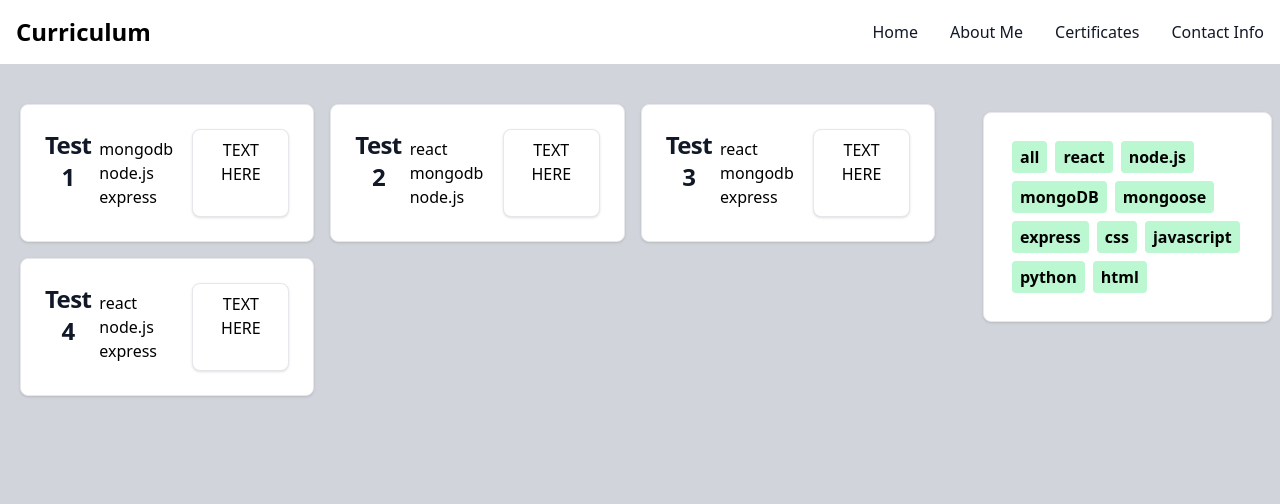
Repository: JetPi/Presentatio-Project
Page: /about/certificates
An editor plug-in stored every save of this project. The page is shown before and after the next save, followed by the edit.
The browser window is 1280 px wide. The pictures show the whole page.
The project was rebuilt for these pictures with package versions that can differ from the ones it lists, and the page was loaded fresh each time. The framework's server and built-in components were replaced by stand-ins that run in the browser. Also part of the build but not shown: next.config.js.

Above is the page before, as saved 2023-04-03 16:36:53.

### src/pages/_app.tsx
import "@/styles/globals.css";
import type { AppProps } from "next/app";
import { NavBar } from "@/components/NavBar";

const navList = [
  { text: "Home", href: "/" },
  { text: "About Me", href: "/about/me" },
  { text: "Certificates", href: "/about/certificates" },
  { text: "Contact Info", href: "/about/socials" },
];

export default function App({ Component, pageProps }: AppProps) {
  return (
    <div className="min-h-screen pb-2 bg-gray-300 h-cover">
      <NavBar navList={navList} />
      <Component {...pageProps} />
    </div>
  );
}

### src/pages/about/certificates.tsx
import { Card, CardTitle, CardButton } from "@/components/Card";
import CertificateList from "@/components/CertificateList";
import Image from "next/image";
import { Url } from "url";

const DUMMY_SKILL_LIST = [
  "react",
  "node.js",
  "mongoDB",
  "mongoose",
  "express",
  "css",
  "javascript",
  "python",
  "html",
];

const url: Url = {
  href: "/about/me",
  auth: null,
  hash: null,
  host: null,
  hostname: null,
  path: null,
  pathname: null,
  protocol: null,
  search: null,
  slashes: null,
  port: null,
  query: null,
};

const DUMMY_TEST = [
  {
    name: "Test 1",
    source: "Source 1",
    description: "TEXT HERE",
    image: "https://picsum.photos/200/300",
    skills: ["mongoDB", "Node.js", "Express"],
    url,
  },
  {
    name: "Test 2",
    source: "Source 2",
    description: "TEXT HERE",
    image: "https://picsum.photos/200/300",
    skills: ["react", "mongoDB", "Node.js"],
    url,
  },
  {
    name: "Test 3",
    description: "TEXT HERE",
    source: "Source 3",
    image: "https://picsum.photos/200/300",
    skills: ["react", "mongoDB", "Express"],
    url,
  },
  {
    name: "Test 4",
    source: "Source 4",
    description: "TEXT HERE",
    image: "https://picsum.photos/200/300",
    skills: ["react", "Node.js", "Express"],
    url,
  },
];

export default function Certificate() {
  return (
    <div>
      <CertificateList itemList={DUMMY_TEST} skillList={DUMMY_SKILL_LIST} />
    </div>
  );
}

### src/styles/globals.css
@tailwind base;
@tailwind components;
@tailwind utilities;

:root {
  --max-width: 1100px;
  --border-radius: 12px;
  --font-mono: ui-monospace, Menlo, Monaco, "Cascadia Mono", "Segoe UI Mono",
    "Roboto Mono", "Oxygen Mono", "Ubuntu Monospace", "Source Code Pro",
    "Fira Mono", "Droid Sans Mono", "Courier New", monospace;

  --foreground-rgb: 0, 0, 0;
  --background-start-rgb: 214, 219, 220;
  --background-end-rgb: 255, 255, 255;

  --primary-glow: conic-gradient(
    from 180deg at 50% 50%,
    #16abff33 0deg,
    #0885ff33 55deg,
    #54d6ff33 120deg,
    #0071ff33 160deg,
    transparent 360deg
  );
  --secondary-glow: radial-gradient(
    rgba(255, 255, 255, 1),
    rgba(255, 255, 255, 0)
  );

  --tile-start-rgb: 239, 245, 249;
  --tile-end-rgb: 228, 232, 233;
  --tile-border: conic-gradient(
    #00000080,
    #00000040,
    #00000030,
    #00000020,
    #00000010,
    #00000010,
    #00000080
  );

  --callout-rgb: 238, 240, 241;
  --callout-border-rgb: 172, 175, 176;
  --card-rgb: 180, 185, 188;
  --card-border-rgb: 131, 134, 135;
}

@media (prefers-color-scheme: dark) {
  :root {
    --foreground-rgb: 255, 255, 255;
    --background-start-rgb: 0, 0, 0;
    --background-end-rgb: 0, 0, 0;

    --primary-glow: radial-gradient(rgba(1, 65, 255, 0.4), rgba(1, 65, 255, 0));
    --secondary-glow: linear-gradient(
      to bottom right,
      rgba(1, 65, 255, 0),
      rgba(1, 65, 255, 0),
      rgba(1, 65, 255, 0.3)
    );

    --tile-start-rgb: 2, 13, 46;
    --tile-end-rgb: 2, 5, 19;
    --tile-border: conic-gradient(
      #ffffff80,
      #ffffff40,
      #ffffff30,
      #ffffff20,
      #ffffff10,
      #ffffff10,
      #ffffff80
    );

    --callout-rgb: 20, 20, 20;
    --callout-border-rgb: 108, 108, 108;
    --card-rgb: 100, 100, 100;
    --card-border-rgb: 200, 200, 200;
  }
}

* {
  box-sizing: border-box;
  padding: 0;
  margin: 0;
}

html,
body {
  max-width: 100vw;
  overflow-x: hidden;
}

body {
  color: rgb(var(--foreground-rgb));
}

a {
  color: inherit;
  text-decoration: none;
}

@media (prefers-color-scheme: dark) {
  html {
    color-scheme: dark;
  }
}

### src/components/NavBar.tsx
import Image from "next/image";
import Link from "next/link";
import { ReactNode } from "react";
type NavData = {
  href: string;
  text: string;
};

interface Props {
  children?: ReactNode | string;
  href?: string;
  navList?: Array<NavData>;
}

function NavItem({ children, href }: Props) {
  return (
    <li>
      <Link
        href={{ pathname: href }}
        className="block py-2 pl-3 pr-4 text-gray-900 rounded hover:bg-gray-100 md:hover:bg-transparent md:border-0 md:hover:text-blue-700 md:p-0 dark:text-white md:dark:hover:text-blue-500 dark:hover:bg-gray-700 dark:hover:text-white md:dark:hover:bg-transparent"
      >
        {children}
      </Link>
    </li>
  );
}

export function NavBar({ navList }: Props) {
  return (
    <nav className="bg-white border-gray-200 dark:bg-gray-900">
      <div className="flex flex-wrap items-center justify-between max-w-screen-xl p-4 mx-auto">
        <span className="self-center text-2xl font-semibold whitespace-nowrap dark:text-white">
          Curriculum
        </span>
        <button
          data-collapse-toggle="navbar-default"
          type="button"
          className="inline-flex items-center p-2 ml-3 text-sm text-gray-500 rounded-lg md:hidden hover:bg-gray-100 focus:outline-none focus:ring-2 focus:ring-gray-200 dark:text-gray-400 dark:hover:bg-gray-700 dark:focus:ring-gray-600"
          aria-controls="navbar-default"
          aria-expanded="false"
        >
          <span className="sr-only">Open main menu</span>
          <svg
            className="w-6 h-6"
            aria-hidden="true"
            fill="currentColor"
            viewBox="0 0 20 20"
            xmlns="http://www.w3.org/2000/svg"
          >
            <path
              fillRule="evenodd"
              d="M3 5a1 1 0 011-1h12a1 1 0 110 2H4a1 1 0 01-1-1zM3 10a1 1 0 011-1h12a1 1 0 110 2H4a1 1 0 01-1-1zM3 15a1 1 0 011-1h12a1 1 0 110 2H4a1 1 0 01-1-1z"
              clipRule="evenodd"
            ></path>
          </svg>
        </button>
        <div className="hidden w-full md:block md:w-auto" id="navbar-default">
          <ul className="flex flex-col p-4 mt-4 font-medium border border-gray-100 rounded-lg md:p-0 bg-gray-50 md:flex-row md:space-x-8 md:mt-0 md:border-0 md:bg-white dark:bg-gray-800 md:dark:bg-gray-900 dark:border-gray-700">
            {navList?.map((item) => {
              return (
                <NavItem href={item.href} key={Math.random()}>
                  {item.text}
                </NavItem>
              );
            })}
          </ul>
        </div>
      </div>
    </nav>
  );
}

### src/components/CertificateList.tsx
import React, { MouseEventHandler, useEffect, useState } from "react";
import { Url } from "url";
import { Card, CardButton, CardTitle } from "./Card";
import Image from "next/image";

interface Props {
  itemList: Array<{
    name: string;
    image: string;
    description: string;
    skills: Array<string>;
    url: Url;
  }>;
  skillList: Array<string>;
}

interface buttonProps {
  skill: string;
  onClickHandler: MouseEventHandler;
}

function CertificateButton({ skill, onClickHandler }: buttonProps) {
  return (
    <button
      className="px-2 py-1 m-1 font-semibold bg-green-200 border-green-800 rounded"
      onClick={onClickHandler}
    >
      {skill}
    </button>
  );
}

export default function CertificateList({ itemList, skillList }: Props) {
  const initialList = itemList.map((item) => {
    return {
      ...item,
      skills: item.skills.map((skill) => {
        return skill.toLowerCase();
      }),
    };
  });
  const [list, setList] = useState(initialList);

  function skillRemover(skill: string) {
    let tempList = initialList.filter((item) => {
      return item.skills.includes(skill);
    });
    setList(tempList);
  }

  return (
    <div className="flex flex-row">
      <div className="grid w-3/4 grid-cols-3 gap-4 mx-5 mt-10">
        {list?.map((item) => {
          return (
            <Card key={item.name}>
              <CardTitle>{item.name}</CardTitle>
              <div className="w-full m-2 h-18">
                {item.skills.map((skill) => {
                  return skill + " ";
                })}
              </div>
              <CardButton href={item.url} styling="w-full">
                {item.description}
              </CardButton>
            </Card>
          );
        })}
      </div>
      <div className="w-1/4 mt-10 ml-5">
        <Card styling="m-2">
          <ul className="flex flex-row flex-wrap">
            <CertificateButton
              skill={"all"}
              onClickHandler={() => setList(initialList)}
            />
            {skillList?.map((item) => {
              return (
                <li key={item}>
                  <CertificateButton
                    skill={item}
                    onClickHandler={() => {
                      skillRemover(item);
                    }}
                  />
                </li>
              );
            })}
          </ul>
        </Card>
      </div>
    </div>
  );
}

### src/components/Card.tsx
import { redirect } from "next/dist/server/api-utils";
import Link from "next/link";
import { useRouter } from "next/router";
import { Url } from "url";
import React, { MouseEventHandler, ReactNode, useState } from "react";
interface Props {
  children?: ReactNode;
  styling?: string;
  href?: string;
}

interface ButtonProps {
  children?: ReactNode;
  styling?: string;
  href: Url;
}

export function Card({ styling, children }: Props) {
  return (
    <div
      className={`${
        styling ? styling : "flex justify-stretch"
      } p-6 bg-white border border-gray-200 rounded-lg shadow hover:bg-gray-100 dark:bg-gray-800 dark:border-gray-700 dark:hover:bg-gray-700`}
    >
      {children}
      <p className="font-normal text-gray-700 dark:text-gray-400"></p>
    </div>
  );
}

export function CardButton({ href, styling, children }: ButtonProps) {
  return (
    <Link
      className={`${
        styling ? styling : "w-32  "
      } p-2 text-center bg-white border border-gray-200 rounded-lg shadow hover:bg-gray-100 dark:bg-gray-800 dark:border-gray-700 dark:hover:bg-gray-700`}
      href={href.href}
    >
      {children}
    </Link>
  );
}

export function CardTitle({ children }: Props) {
  return (
    <h5 className="mb-2 text-2xl font-bold tracking-tight text-center text-gray-900 dark:text-white">
      {children}
    </h5>
  );
}

Loaded but not shown: src/pages/_document.tsx (common file); tailwind.config.js (common file)

After the next save:
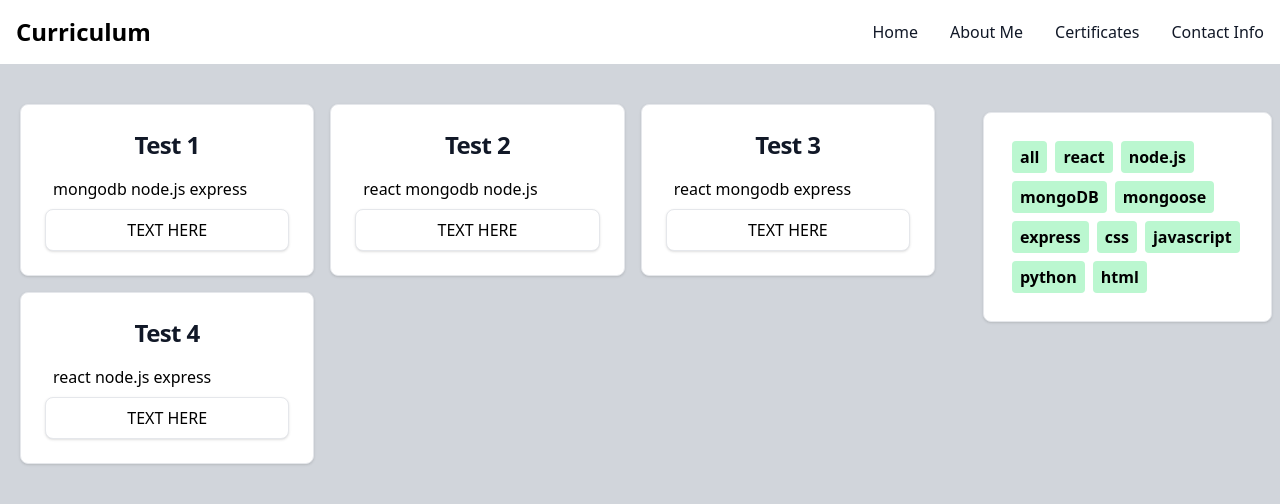
Saved 24 s later.
--- a/src/components/CertificateList.tsx
+++ b/src/components/CertificateList.tsx
@@ -53,7 +53,7 @@ export default function CertificateList({ itemList, skillList }: Props) {
       <div className="grid w-3/4 grid-cols-3 gap-4 mx-5 mt-10">
         {list?.map((item) => {
           return (
-            <Card key={item.name}>
+            <Card key={item.name} styling="flex flex-col">
               <CardTitle>{item.name}</CardTitle>
               <div className="w-full m-2 h-18">
                 {item.skills.map((skill) => {
